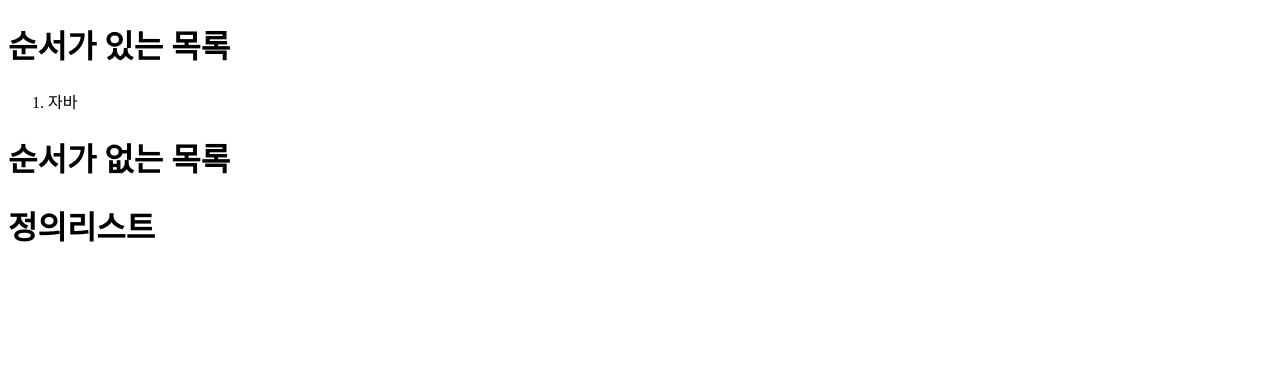
Repository: sonic247897/multicampus-web
Page: clientweb/WebContent/html/list.html
An editor plug-in stored every save of this project. The page is shown before and after the next save, followed by the edit.
The browser window is 1280 px wide. The pictures show the whole page.

Above is the page before, as saved 2019-12-31 07:43:21.

After the next save:
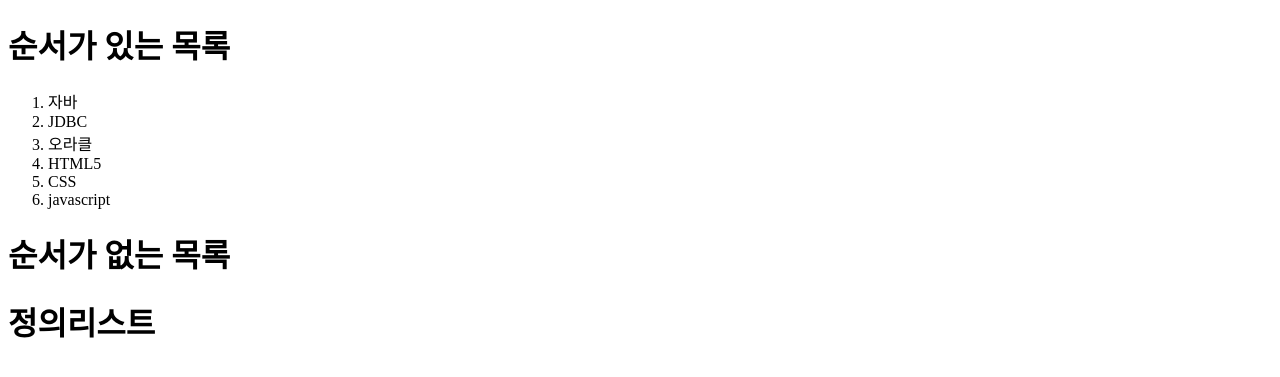
Saved 22 s later.
--- a/clientweb/WebContent/html/list.html
+++ b/clientweb/WebContent/html/list.html
@@ -8,6 +8,11 @@
 	<h1>순서가 있는 목록</h1>
 	<ol>
 		<li>자바</li>
+		<li>JDBC</li>
+		<li>오라클</li>
+		<li>HTML5</li>
+		<li>CSS</li>
+		<li>javascript</li>
 
 	</ol>
 
